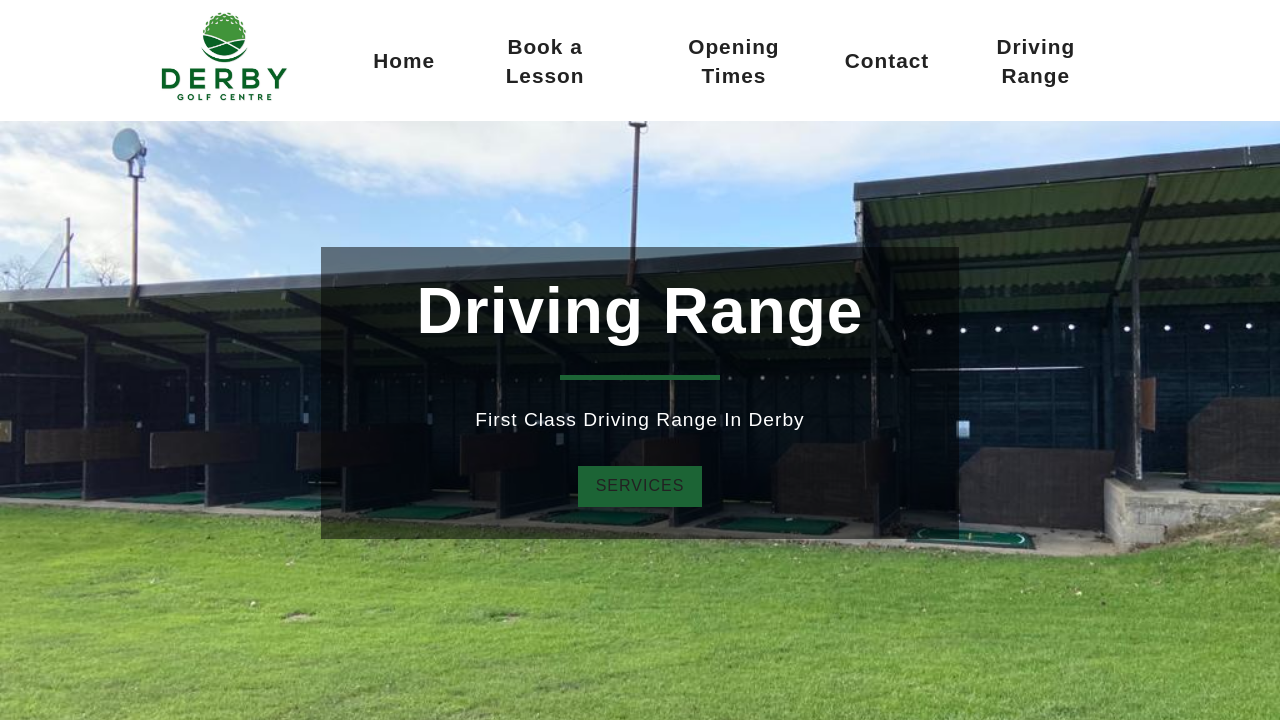
Repository: frankinstyyn/nigeljamesconsulting
Page: /
These files come from the project's save history. The page is drawn as it stood at one moment and after the next save; the edit follows.
The browser window is 1280 px wide. The pictures show the whole page.
Some web fonts or font styles are not loaded; a fallback is used. The project was rebuilt for these pictures with package versions that can differ from the ones it lists, and the page was loaded fresh each time. Also part of the build but not shown: src/pages/Rooms.js, src/pages/SingleRoom.js, src/pages/Error.js.

Above is the page before, as saved 2021-01-07 22:05:25.

After the next save:
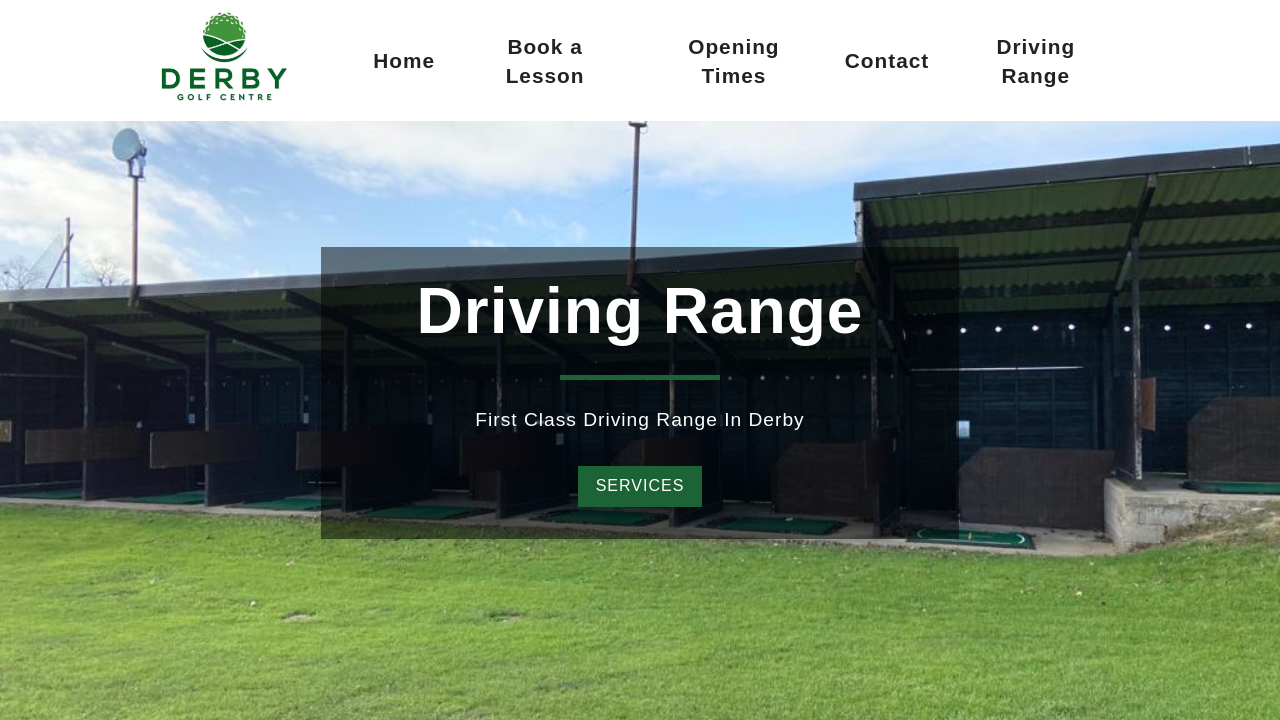
Saved 93 s later.
--- a/src/App.css
+++ b/src/App.css
@@ -58,7 +58,7 @@
   display: inline-block;
   text-decoration: none;
   letter-spacing: var(--mainSpacing);
-  color: var(--mainBlack);
+  color: var(--mainWhite);
   background: var(--primaryColor);
   padding: 0.4rem 0.9rem;
   border: 3px solid var(--primaryColor);
